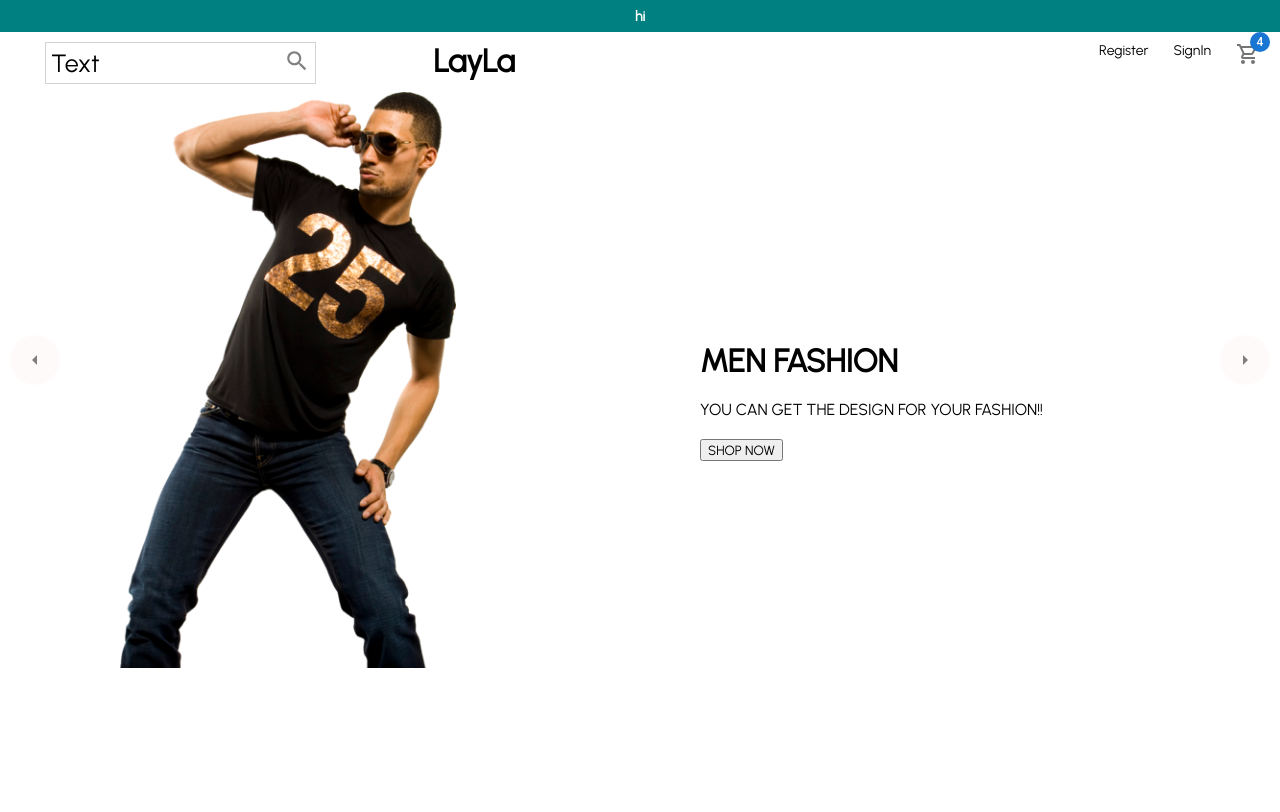
Repository: WaiMaungMaung/React_Ecom
Page: /
These files come from the project's save history. The page is drawn as it stood at one moment and after the next save; the edit follows.
The browser window is 1280 px wide. The pictures show the whole page.
The project was rebuilt for these pictures with package versions that can differ from the ones it lists, and the page was loaded fresh each time.

Above is the page before, as saved 2022-05-06 13:40:15.

### public/index.html
<!DOCTYPE html>
<html lang="en">
  <head>
    <meta charset="utf-8" />
    <link rel="icon" href="%PUBLIC_URL%/favicon.ico" />

    <link
      href="https://fonts.googleapis.com/css2?family=Urbanist&display=swap"
      rel="stylesheet"
    />

    <style>
      * {
        margin: 0;
        font-family: "Urbanist", sans-serif;
      }
    </style>
    <title>React App</title>
  </head>
  <body>
    <noscript>You need to enable JavaScript to run this app.</noscript>
    <div id="root"></div>
  </body>
</html>

### src/pages/Home.jsx
import React from "react";
import Announcements from "../components/Announcements";
import NavBar from "../components/NavBar";
import Slider from "../components/Slider";
const Home = () => {
  return (
    <div>
      <Announcements />

      <NavBar />
      <Slider />
    </div>
  );
};

export default Home;

### src/components/Announcements.jsx
import styled from "@emotion/styled";
const Container = styled.div`
  background-color: teal;
  height: 32px;
  display: flex;
  align-items: center;
  justify-content: center;
  color: white;
  font-size: 14px;
  font-weight: bold;
`;

const Announcements = () => {
  return <Container>hi</Container>;
};

export default Announcements;

### src/components/NavBar.jsx
import { Search, ShoppingCartOutlined } from "@material-ui/icons";
import React from "react";
import styled from "styled-components";
import { Badge } from "@mui/material";
const Container = styled.div`
  height: 60px;
`;

const Wrapper = styled.div`
  padding: 10px 20px;
  align-item: center;
  display: flex;
  justify-content: space-between;
`;

const SearchContainer = styled.div`
  border: 0.5px solid lightgray;
  margin-left: 25px;
  display: flex;
  align-item: center;
  padding: 5px;
`;
const Input = styled.input`
  border: none;
  margin-left: 20px;
  font-size: 14px;
`;

const Language = styled.span`
  font-size: 25px;
  cursor: pointer;
`;
const Left = styled.div`
  flex: 1;
  display: flex;
`;

const Center = styled.div`
  flex: 1;
`;

const Logo = styled.h1`
  font-weight: bold;
`;

const MenuItem = styled.div`
  font-size: 14px;
  cursor: pointer;
  align-item: center;
  margin-left: 25px;
`;
const Right = styled.div`
  flex: 1;
  display: flex;
  align-item: center;
  justify-content: flex-end;
`;
const NavBar = () => {
  return (
    <Container>
      <Wrapper>
        <Left>
          <SearchContainer>
            <Language>Text</Language>
            <Input />
            <Search style={{ color: "grey", fontSize: "26px" }} />
          </SearchContainer>
        </Left>
        <Center>
          <Logo>LayLa</Logo>
        </Center>
        <Right>
          <MenuItem>Register</MenuItem>
          <MenuItem>SignIn</MenuItem>

          <MenuItem>
            <Badge badgeContent={4} color="primary">
              <ShoppingCartOutlined color="action" />
            </Badge>
          </MenuItem>
        </Right>
      </Wrapper>
    </Container>
  );
};

export default NavBar;

### src/components/Slider.jsx
import styled from "@emotion/styled";
import { ArrowLeftOutlined, ArrowRightOutlined } from "@material-ui/icons";
import React from "react";
import Clothes from "../img/clothes.png";
const Container = styled.div`
  width: 100%;
  height: 100vh;
  display: flex;
`;
const Arrow = styled.div`
  width: 50px;
  height: 50px;
  background-color: #fff7f7;
  border-radius: 50%;
  display: flex;
  align-items: center;
  justify-content: center;
  position: absolute;
  top: 0;
  bottom: 0;
  margin: auto;
  cursor: pointer;
  opacity: 0.5;
  left: ${(props) => props.direction === "left" && "10px"};
  right: ${(props) => props.direction === "right" && "10px"};
`;
const Slide = styled.div`
  display: flex;
  height: 100vh;
  width: 100vw;
  align-item: center;
`;

const Image = styled.img`
  height: 80%;
`;
const ImgContainer = styled.div`
  height: 100%;
  margin-left: 120px;
  flex: 1;
`;
const Wrapper = styled.div`
  height: 100%;
`;
const InfoContainer = styled.div`
  flex: 1;
  padding-top: 250px;
`;

const Title = styled.h1``;
const Desc = styled.p`
  margin: 20px 0;
`;
const Button = styled.button``;
const Slider = () => {
  return (
    <Container>
      <Arrow direction="left">
        <ArrowLeftOutlined />
      </Arrow>
      <Wrapper>
        <Slide>
          <ImgContainer>
            <Image src={Clothes} />
          </ImgContainer>
          <InfoContainer>
            <Title>MEN FASHION</Title>
            <Desc>YOU CAN GET THE DESIGN FOR YOUR FASHION!!</Desc>
            <Button>SHOP NOW</Button>
          </InfoContainer>
        </Slide>
      </Wrapper>

      <Arrow direction="right">
        <ArrowRightOutlined />
      </Arrow>
    </Container>
  );
};

export default Slider;

Loaded but not shown: src/index.js (common file); src/App.js (common file)

After the next save:
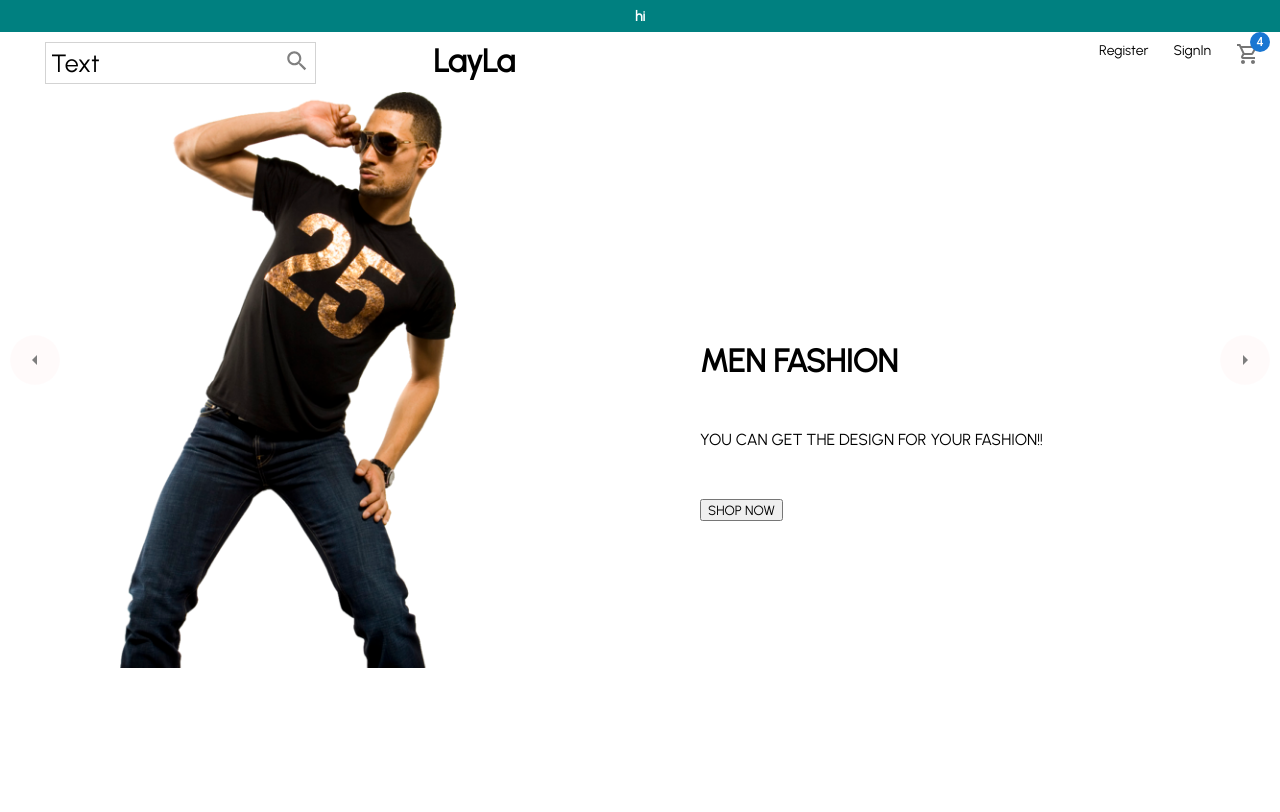
Saved 11 s later.
--- a/src/components/Slider.jsx
+++ b/src/components/Slider.jsx
@@ -49,7 +49,7 @@ const InfoContainer = styled.div`
 
 const Title = styled.h1``;
 const Desc = styled.p`
-  margin: 20px 0;
+  margin: 50px 0;
 `;
 const Button = styled.button``;
 const Slider = () => {
